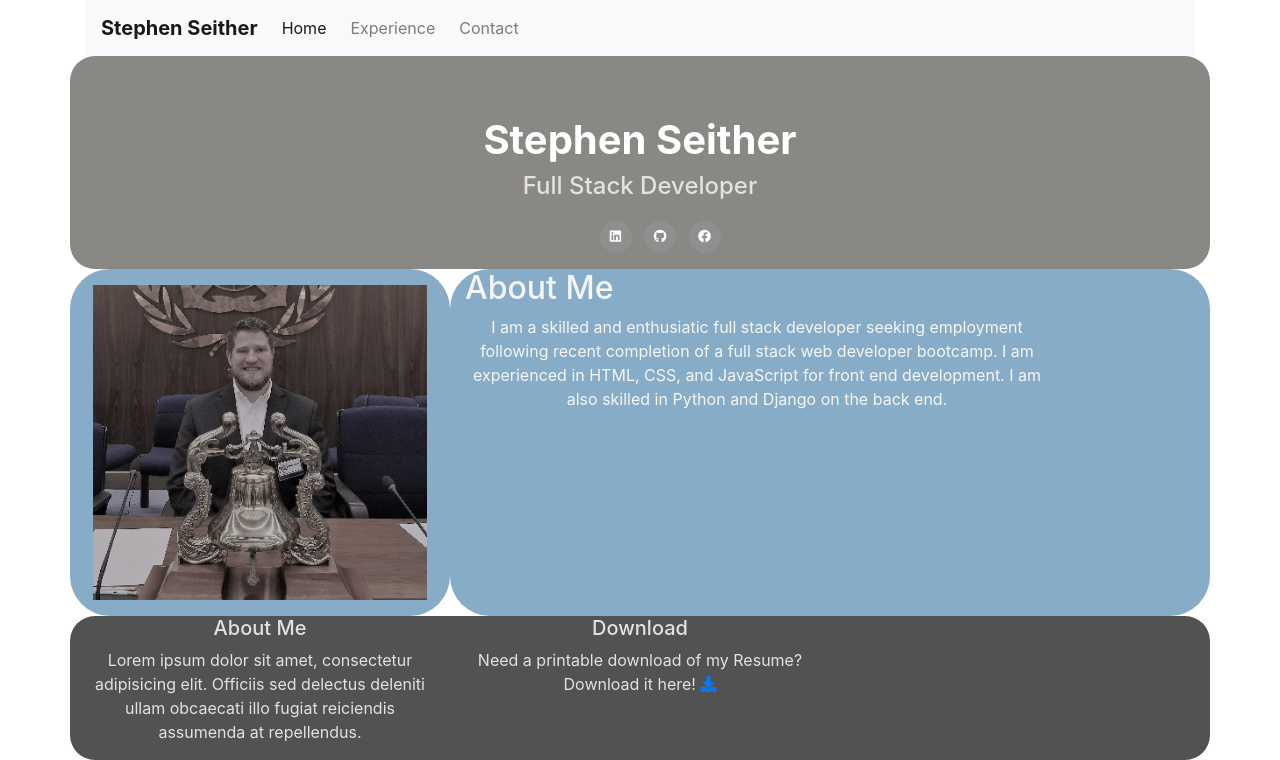
Repository: stephenseither/First-Milestone-Project
Page: index.html
The author's editor kept a record of every edit. The page is drawn from the files as they stood at one moment, then again after the next edit.
The browser window is 1280 px wide. The pictures show the whole page.
Some web libraries are served in a nearby version.

Above is the page before.

After the next edit:
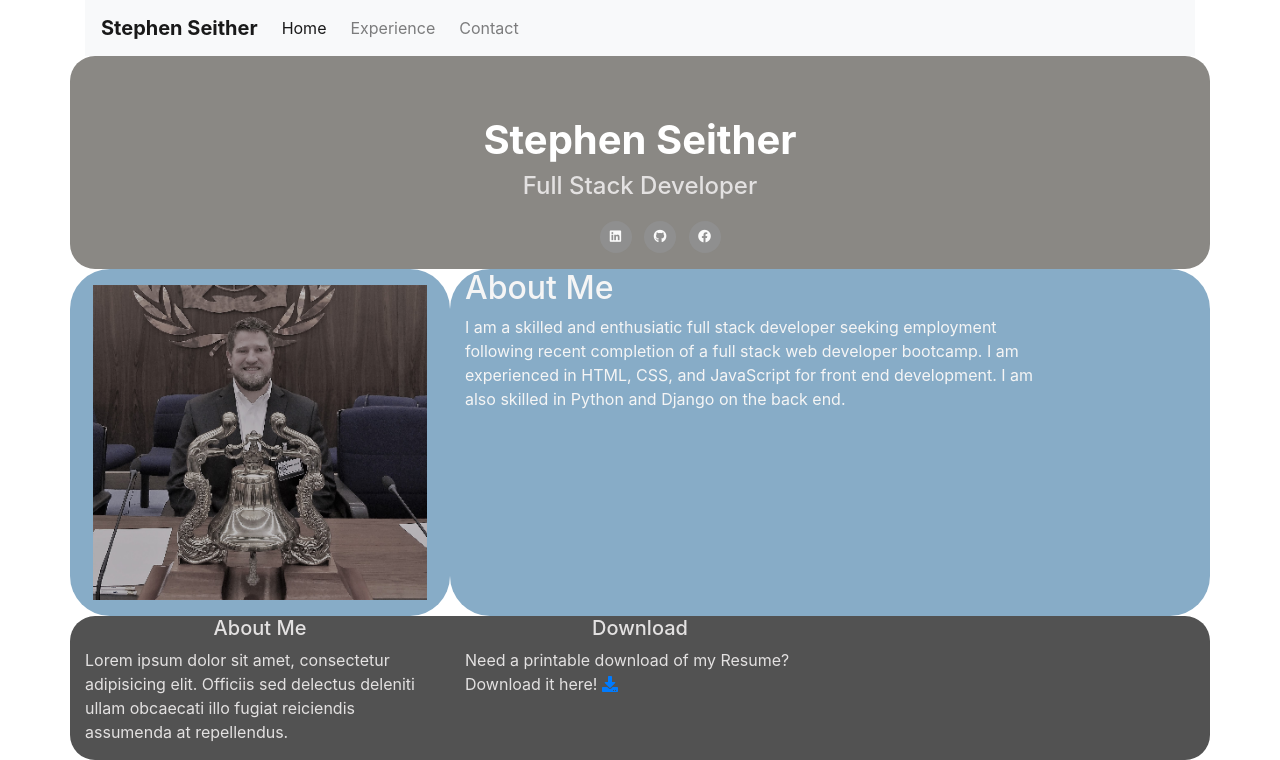
The edit:
--- a/assets/css/style.css
+++ b/assets/css/style.css
@@ -241,7 +241,7 @@
     color: #e3e1e1;
 }
 
-.footer h5,ul,p {
+.footer h5,ul {
     text-align: center;
 }
 
